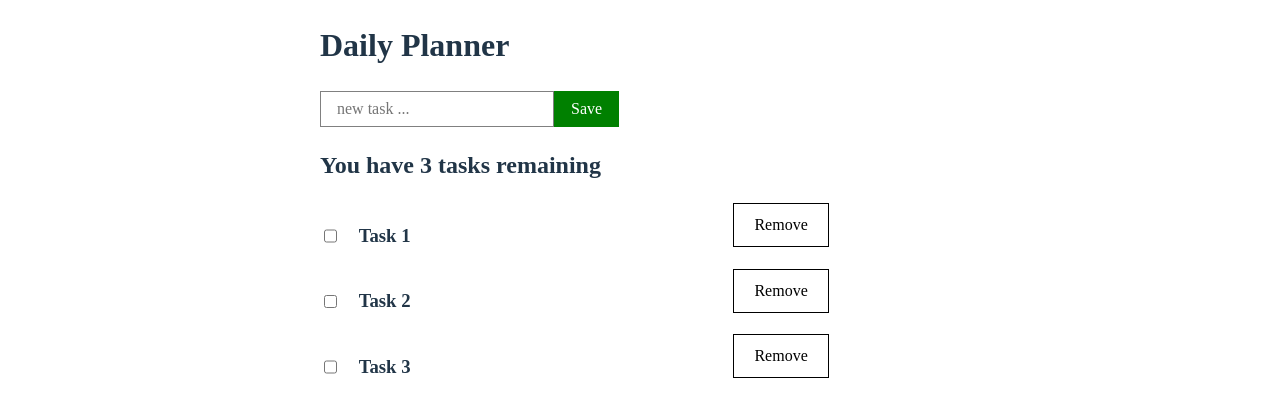
Repository: SamanthaYan298/my_planner
Page: /
The author's editor kept a copy of each file at every save. The page is drawn from the files as they stood at one save, then again after the next save.
The browser window is 1280 px wide. The pictures show the whole page.
The project was rebuilt for these pictures with package versions that can differ from the ones it lists, and the page was loaded fresh each time. Also part of the build but not shown: vite.config.js.

Above is the page before, as saved 2024-10-08 00:50:08.

After the next save:
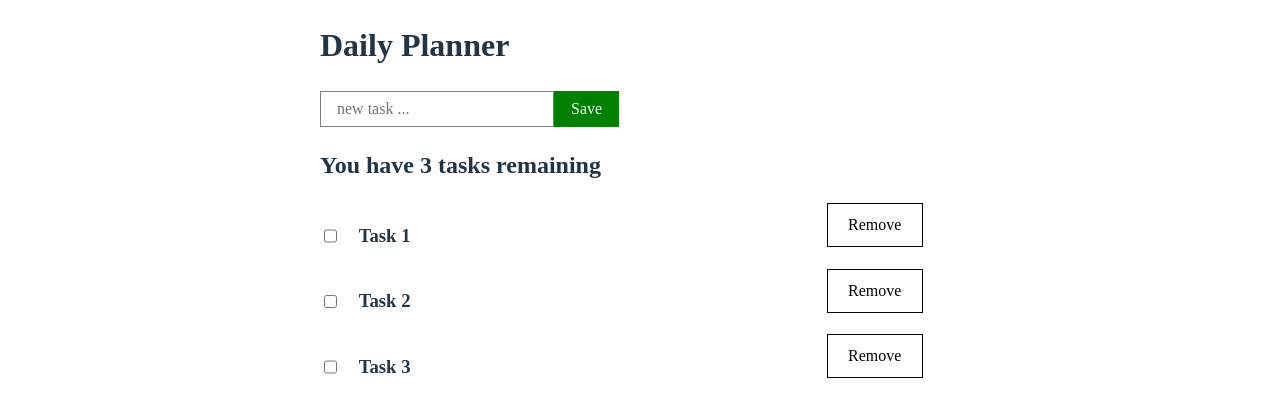
Saved 9 s later.
--- a/src/App.css
+++ b/src/App.css
@@ -46,7 +46,7 @@
 
 div h3 {
   margin-left: 1em;
-  min-width: 20em;
+  min-width: 25em;
 }
 
 .checked {
